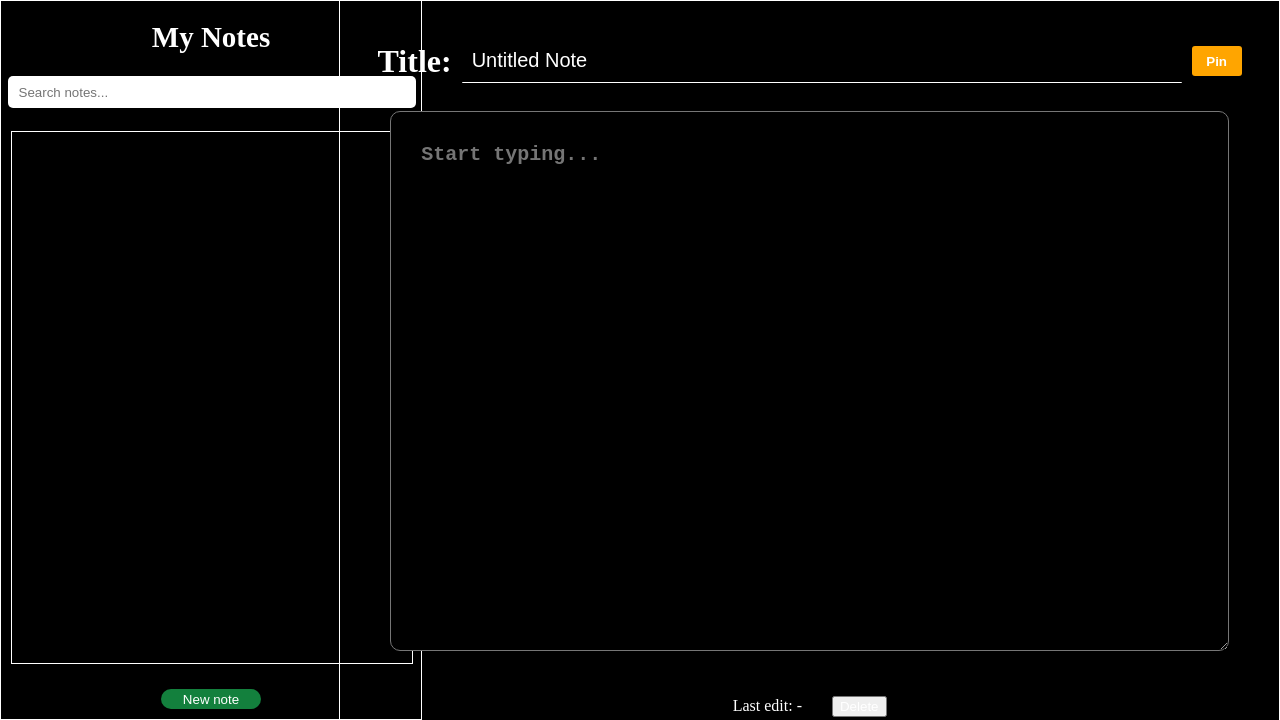
Repository: dmpelaez/myNotes
Page: QuickNotes.html
The author's editor kept a copy of each file at every save. The page is drawn from the files as they stood at one save, then again after the next save.
The browser window is 1280 px wide. The pictures show the whole page.

Above is the page before, as saved 2025-12-18 21:41:12.

### QuickNotes.html
<!DOCTYPE html>

  <html>

    <head>

      <title>Quick Notes</title>

      <!--CSS LINK-->
      <link rel="stylesheet" href="QuickNotes.css">
    </head>
    <body>

      <!--Note section-->
      <aside class="aside-section">

        <!--My notes part-->
        <div class="myNotes">
          <p class="my-notes-text">My Notes</p>
        </div>
        <!--Search notes-->
        <div class="input-box">
          <input class="input" placeholder="Search notes...">
        </div>
        <!--Notes-->
        <div class="note-list"></div>
        <!--add button-->
        <button class="add-button">New note</button>

      </aside>

      <!---Typing section-->
      <main class="main-section">

        <!--Header-->
        <div class="header-section">
          <h1>Title:</h1>
          <input class="title-notes" placeholder="Untitled Note">
          <button class="pin-btn">Pin</button>
        </div>

        <!--text area-->
        <div class="texting-area">
          <textarea class="textarea" placeholder="Start typing..."></textarea>
        </div>

        <!---Delete button-->
        <div class="delete">
          <span class="edit">Last edit: -</span>
          <button class="delete-btn">Delete</button>
        </div>
      </main>


    </body>

  </html>

### QuickNotes.css
body {
  margin: 0;
  padding: 0;
  background: black;
  box-sizing: border-box;
}
* {
  color: rgb(255, 255, 255);
}
.aside-section {
  border: 1px solid white;
  display: grid;
  width: 400px;
  position: fixed;
  bottom: 0;
  top: 0;
  grid-template-rows: 40px 30px 1fr 20px;
  padding: 10px;
  gap: 25px;

}

.my-notes-text {
  display: flex;
  margin: 0px;
  justify-self: center;
  align-self: center;
  margin-top: 10px;
}
.note-list {
  border: 1px solid white;
  width: 100%;
}

.my-notes-text {
  font-weight: bold;
  font-size: 29px;
}

.input {
  color: black;
  display: flex;
  align-self: center;
  justify-self: center;
  Width: 99%;
  height: 100%;
  border-radius: 5px;
  border: none;
  outline: none;
  padding-left: 10px;
  margin-left: 1px;
}
.input::placeholder {
  padding-left: 1px;

}

.add-button {
  width: 100px;
  display: flex;
  justify-self: center;
  background: rgb(19, 128, 61);
  border: none;
  border-radius: 10px;
  color: white;
  font-family: arial;
  align-items: center;
  justify-content: center;
  cursor: pointer;
}

.note-list {
  display: grid;
}

.main-section {
  position: fixed;
  left: 26.5%;
  border: 1px solid white;
  right: 0px;
  height: 100%;
  display: grid;
  grid-template-rows: 70px 1fr 30px;
  gap: 40px;
}

.header-section {
  display: flex;
  justify-self: center;
  align-self: center;
  gap: 10px;
  margin-top: 50px;
  align-items: center;
}
.title-notes {
  width: 700px;
  padding: 10px;
  border-radius: 1px;
  background: none;
  border: none;
  border-bottom: 1px solid white;
  outline: none;
 font-size: 20px;
 font-family: arial;
}

.title-notes::placeholder {
  color: white;
  font-family: arial;
  font-size: 20px;

}

.pin-btn {
  background: orange;
  border: none;
  border-radius: 3px;
  font-family: arial;
  font-weight: bold;
  width: 50px;
  height: 30px
}

.texting-area {
  display: flex;
  padding-right: 50px;
  padding-left: 50px;
}
.textarea {
  background: black;
  outline: none;
  display: flex;
  width: 100%;
  padding-left: 30px;
  padding-right: 80px;
  padding-top: 30px;
  line-height: 25px;
  font-size: 20px;
  font-weight: bold;
  border-radius: 10px;
}

.delete {
  display: flex;
  justify-content: center;
  align-items: center;
  gap: 30px;
}

After the next save:
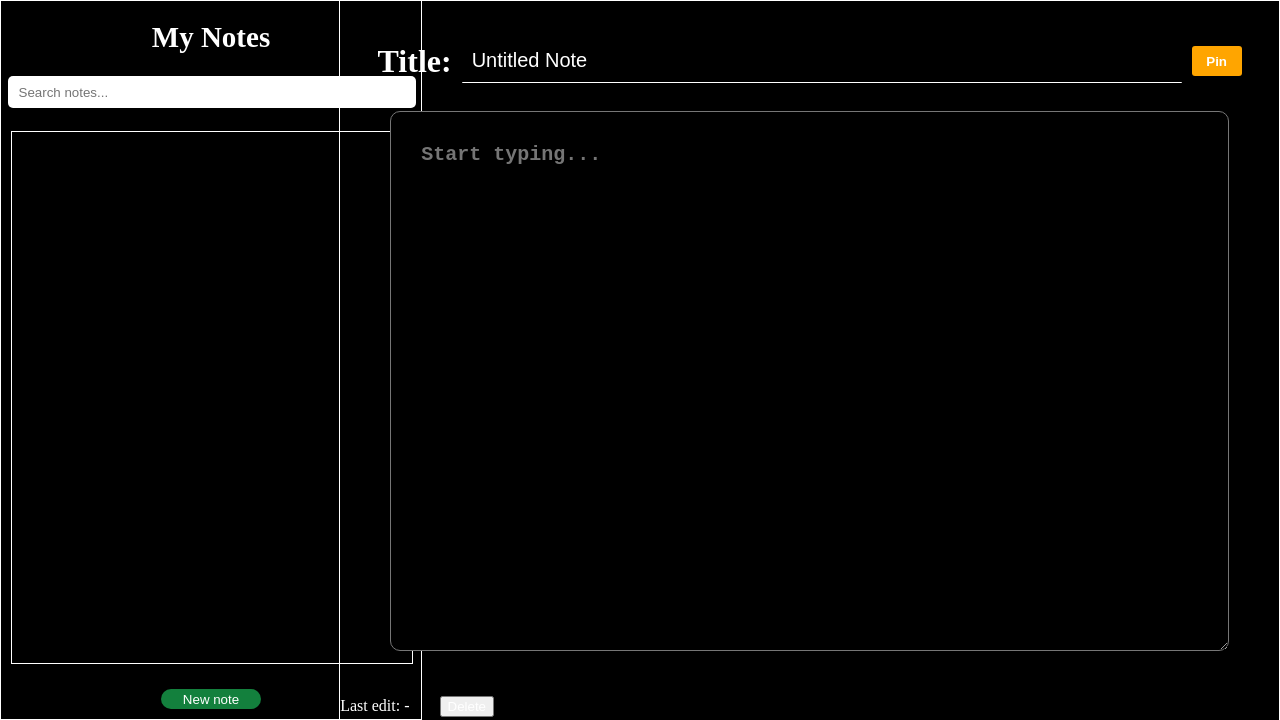
Saved 22 s later.
--- a/QuickNotes.css
+++ b/QuickNotes.css
@@ -145,4 +145,5 @@ body {
   justify-content: center;
   align-items: center;
   gap: 30px;
+  justify-self: start;
 }

After the 2 saves that followed:
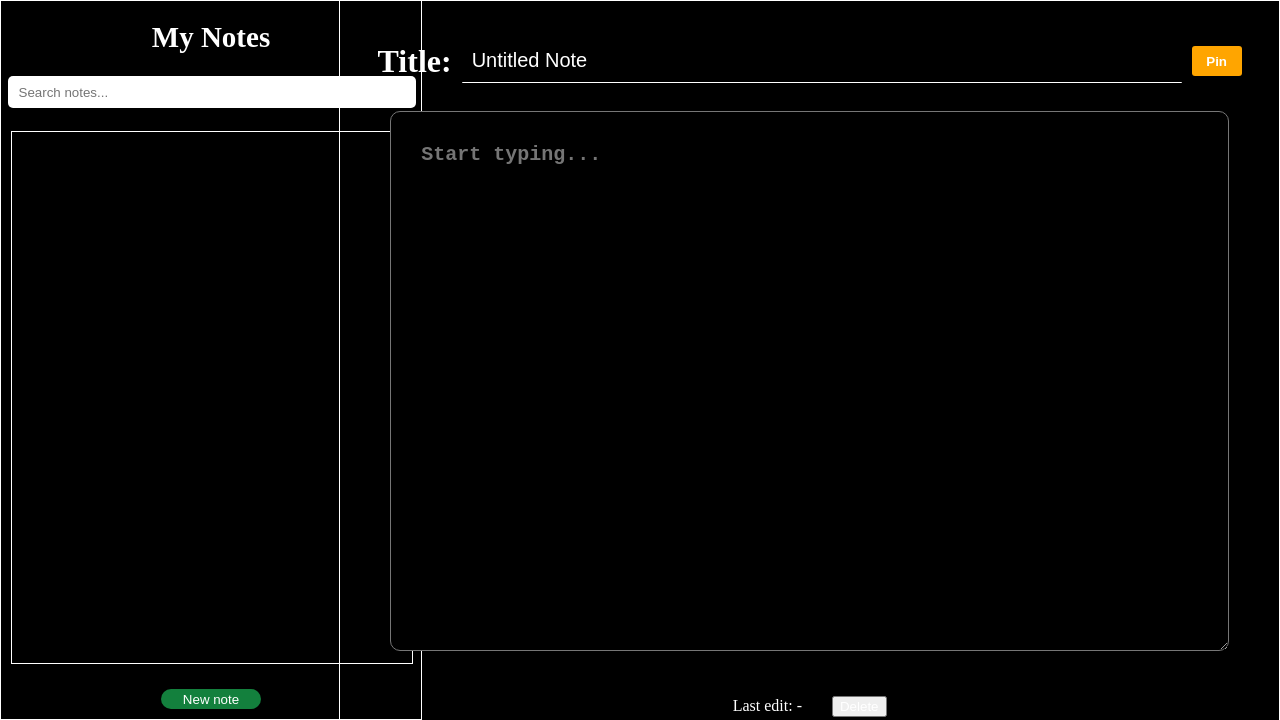
The 2 saves are shown as one change because they came seconds apart.
The last was saved 7 s later.
--- a/QuickNotes.css
+++ b/QuickNotes.css
@@ -145,5 +145,5 @@ body {
   justify-content: center;
   align-items: center;
   gap: 30px;
-  justify-self: start;
+
 }
